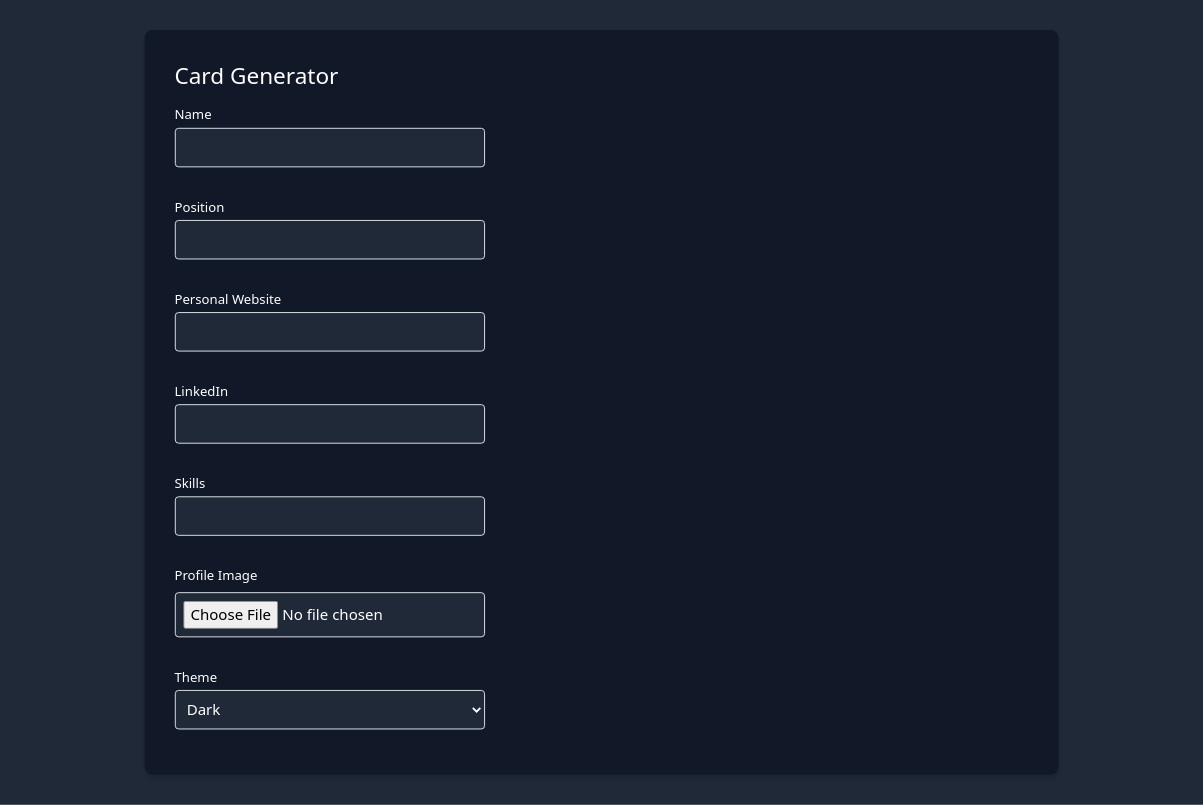
Repository: SmanSayeed/card-generator-react-application
Page: /
These files come from the project's save history. The page is drawn as it stood at one moment and after the next save; the edit follows.
The browser window is 1280 px wide. The pictures show the whole page, at 94% of full size.
The project was rebuilt for these pictures with package versions that can differ from the ones it lists, and the page was loaded fresh each time. Also part of the build but not shown: vite.config.js.

Above is the page before, as saved 2024-09-24 16:30:00.

### src/main.jsx
import { StrictMode } from 'react'
import { createRoot } from 'react-dom/client'
import './index.css';
import App from './App';
import { Provider } from 'react-redux';
import { configureStore } from '@reduxjs/toolkit';
import { persistStore } from 'redux-persist';
import { PersistGate } from 'redux-persist/integration/react';
import cardReducer from './features/cardSlice';

const store = configureStore({
  reducer: {
    card: cardReducer,
  },
});
const persistor = persistStore(store);
createRoot(document.getElementById('root')).render(
  <StrictMode>
     <Provider store={store}>
     <PersistGate loading={null} persistor={persistor}>
    <App />
    </PersistGate>
    </Provider>
  </StrictMode>,
)

### src/App.jsx
import React from 'react';
import { useDispatch, useSelector } from 'react-redux';
import { updateField, setTheme } from './features/cardSlice';
import './App.css';
import CardGenerator from './components/template/CardGenerator';

const themes = {
  dark: "bg-gray-800 text-white",
  light: "bg-white text-black",
  green: "bg-green-200 text-black",
  blue: "bg-blue-200 text-black",
  minimal: "bg-gray-200 text-black",
};

function App() {

  return (
    <div className="p-8 min-h-screen bg-gray-800 text-white">
    <CardGenerator />
  </div>
  );
}

export default App;

### src/features/cardSlice.js
import { createSlice } from '@reduxjs/toolkit';
import { persistReducer } from 'redux-persist';
import storage from 'redux-persist/lib/storage';

const cardSlice = createSlice({
  name: 'card',
  initialState: {
    name: '',
    position: '',
    profileImage: '',
    personalWebsite: '',
    linkedin: '',
    skills: '',
    theme: 'dark', // default theme
  },
  reducers: {
    updateField: (state, action) => {
      const { field, value } = action.payload;
      state[field] = value;
    },
    setTheme: (state, action) => {
      state.theme = action.payload;
    },
  },
});

const persistConfig = {
  key: 'root',
  storage,
};

const persistedReducer = persistReducer(persistConfig, cardSlice.reducer);

export const { updateField, setTheme } = cardSlice.actions;
export default persistedReducer;

### src/components/template/CardGenerator.jsx
import React from "react";

import html2canvas from "html2canvas";
import jsPDF from "jspdf";
import CardForm from "../organisms/CardForm";
import Card from "../organisms/Card";
import Button from "../atoms/Button";

const CardGenerator = () => {
  const downloadCard = () => {
    const input = document.getElementById("card");
    html2canvas(input).then((canvas) => {
      const imgData = canvas.toDataURL("image/png");
      const pdf = new jsPDF();
      pdf.addImage(imgData, "PNG", 0, 0);
      pdf.save("card.pdf");
    });
  };

  return (
    <div className="max-w-[80%] mx-auto bg-gray-900 text-white p-8 rounded-lg shadow-md">
      <div className="flex justify-between items-start gap-2">
        <div>
          <h1 className="text-2xl mb-4">Card Generator</h1>
          <CardForm />
        </div>
      </div>
    </div>
  );
};

export default CardGenerator;

### src/components/organisms/CardForm.js
import React from 'react';
import FormField from '../molecules/FormField';
import Button from '../atoms/Button';
import { useDispatch, useSelector } from 'react-redux';
import { updateField, setTheme } from '../../features/cardSlice';

const CardForm = () => {
  const dispatch = useDispatch();
  const card = useSelector((state) => state.card);

  const handleChange = (e) => {
    const { name, value } = e.target;
    dispatch(updateField({ field: name, value }));
  };

  const handleThemeChange = (e) => {
    dispatch(setTheme(e.target.value));
  };

  return (
    <form className="grid grid-cols-1 gap-4">
      <FormField type="text" label="Name" name="name" value={card.name} onChange={handleChange} />
      <FormField type="text" label="Position" name="position" value={card.position} onChange={handleChange} />
      <FormField type="text" label="Personal Website" name="personalWebsite" value={card.personalWebsite} onChange={handleChange} />
      <FormField type="text" label="LinkedIn" name="linkedin" value={card.linkedin} onChange={handleChange} />
      <FormField type="text" label="Skills" name="skills" value={card.skills} onChange={handleChange} />
      <FormField type="file" label="Profile Image" onChange={(e) => handleChange({ target: { name: 'profileImage', value: URL.createObjectURL(e.target.files[0]) } })} />
      <FormField type="select" label="Theme" name="theme" value={card.theme} onChange={handleThemeChange} options={[
        { value: 'dark', label: 'Dark' },
        { value: 'light', label: 'Light' },
        { value: 'green', label: 'Green' },
        { value: 'blue', label: 'Blue' },
        { value: 'minimal', label: 'Minimal' },
      ]} />
    </form>
  );
};

export default CardForm;

### src/components/molecules/FormField.js
import React from 'react';
import TextInput from '../atoms/TextInput';
import FileInput from '../atoms/FileInput';
import SelectInput from '../atoms/SelectInput';

const FormField = ({ type, ...props }) => {
  switch (type) {
    case 'text':
      return <TextInput {...props} />;
    case 'file':
      return <FileInput {...props} />;
    case 'select':
      return <SelectInput {...props} />;
    default:
      return null;
  }
};

export default FormField;

### src/components/atoms/textInput.js
import React from 'react';

const TextInput = ({ label, name, value, onChange, ...props }) => (
  <div className="mb-4">
    {label && <label className="block text-sm mb-1">{label}</label>}
    <input
      type="text"
      name={name}
      value={value}
      onChange={onChange}
      className="p-2 bg-gray-800 border rounded w-full"
      {...props}
    />
  </div>
);

export default TextInput;

### src/components/atoms/fileInput.js
import React from 'react';

const FileInput = ({ label, name, onChange }) => (
  <div className="mb-4">
    {label && <label className="block text-sm mb-1">{label}</label>}
    <input
      type="file"
      name={name}
      onChange={onChange}
      className="mt-1 p-2 bg-gray-800 border rounded w-full"
    />
  </div>
);

export default FileInput;

### src/components/atoms/selectInput.js
import React from 'react';

const SelectInput = ({ label, name, value, onChange, options }) => (
  <div className="mb-4">
    {label && <label className="block text-sm mb-1">{label}</label>}
    <select
      name={name}
      value={value}
      onChange={onChange}
      className="p-2 bg-gray-800 border rounded w-full"
    >
      {options.map((option, index) => (
        <option key={index} value={option.value}>
          {option.label}
        </option>
      ))}
    </select>
  </div>
);

export default SelectInput;

### tailwind.config.js
// tailwind.config.js
/** @type {import('tailwindcss').Config} */
export default {
  content: ["./index.html", "./src/**/*.{js,ts,jsx,tsx}"],
  theme: {
    extend: {},
  },
  plugins: [],
};

### src/App.css
.body.dark-mode {
  background: black;
  color: white;
  font-family: 'Arial', sans-serif;
}
ul {
  list-style: none;
  padding: 0;
}
.badge {
  display: inline-block;
  font-size: 0.875em;
  margin-right: 0.25rem;
  padding: 0.25rem 0.5rem;
  background: rgba(255,255,255,0.8);
}
.card {
  background: linear-gradient(135deg, rgba(63,94,251,1) 0%, rgba(252,70,107,1) 100%);
}

### src/components/organisms/Card.js
import React from 'react';
import { useSelector } from 'react-redux';

const themes = {
  dark: 'bg-gray-800 text-white',
  light: 'bg-white text-black',
  green: 'bg-green-200 text-black',
  blue: 'bg-blue-200 text-black',
  minimal: 'bg-gray-200 text-black',
};

const Card = () => {
  const card = useSelector((state) => state.card);

  return (
    <div className={`card mt-8 p-6 rounded-lg border shadow-sm ${themes[card.theme]}`}>
      <div className="flex items-center mb-4">
        {card.profileImage && (
          <img src={card.profileImage} alt="Profile" className="w-12 h-12 rounded-full mr-4" />
        )}
        <div>
          <h2 className="text-xl">{card.name}</h2>
          <p>{card.position}</p>
        </div>
      </div>

      <div className="mb-4">
        <a href={card.personalWebsite} target="_blank" className="block">
          {card.personalWebsite}
        </a>
        <a href={card.linkedin} target="_blank" className="block">
          {card.linkedin}
        </a>
      </div>

      <div className="mb-4">
        <p>
          Skills: {card.skills.split(',').map((skill) => (
            <span key={skill} className="badge bg-gray-200 text-black p-1 rounded mr-1">
              {skill}
            </span>
          ))}
        </p>
      </div>

      <div className="mt-4">
        <a href={card.personalWebsite} target="_blank" className="block mt-2 text-sm">
          {card.personalWebsite}
        </a>
      </div>
    </div>
  );
};

export default Card;

### src/components/atoms/Button.js
import React from 'react';

const Button = ({ onClick, children, ...props }) => (
  <button
    onClick={onClick}
    className="mt-4 w-full p-2 bg-blue-600 text-white rounded"
    {...props}
  >
    {children}
  </button>
);

export default Button;

Loaded but not shown: index.html (common file); src/index.css (common file)

After the next save:
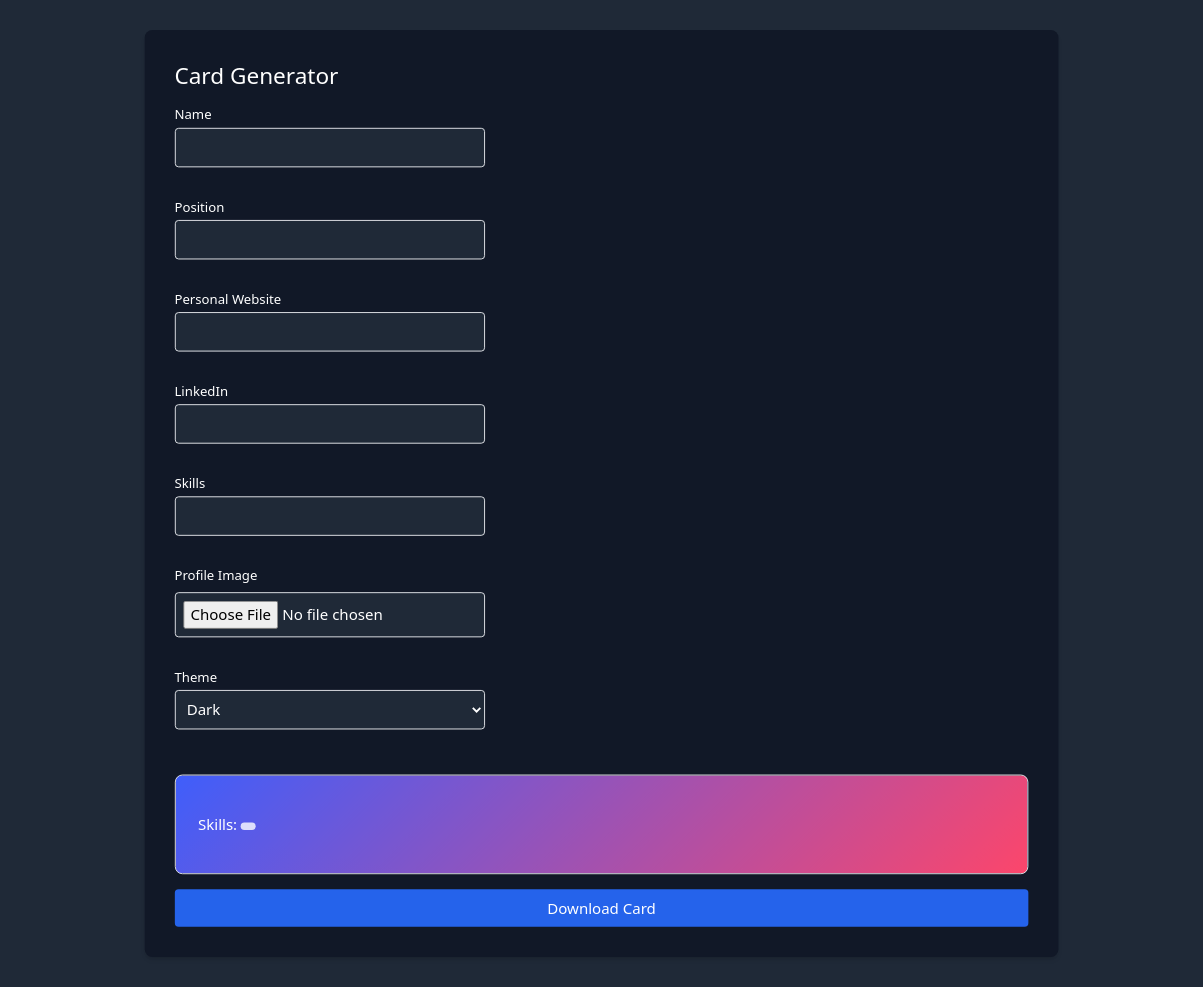
Saved 4 s later.
--- a/src/components/template/CardGenerator.jsx
+++ b/src/components/template/CardGenerator.jsx
@@ -25,6 +25,12 @@ const CardGenerator = () => {
           <CardForm />
         </div>
       </div>
+      <div>
+          <div id="card">
+            <Card />
+          </div>
+          <Button onClick={downloadCard}>Download Card</Button>
+        </div>
     </div>
   );
 };
